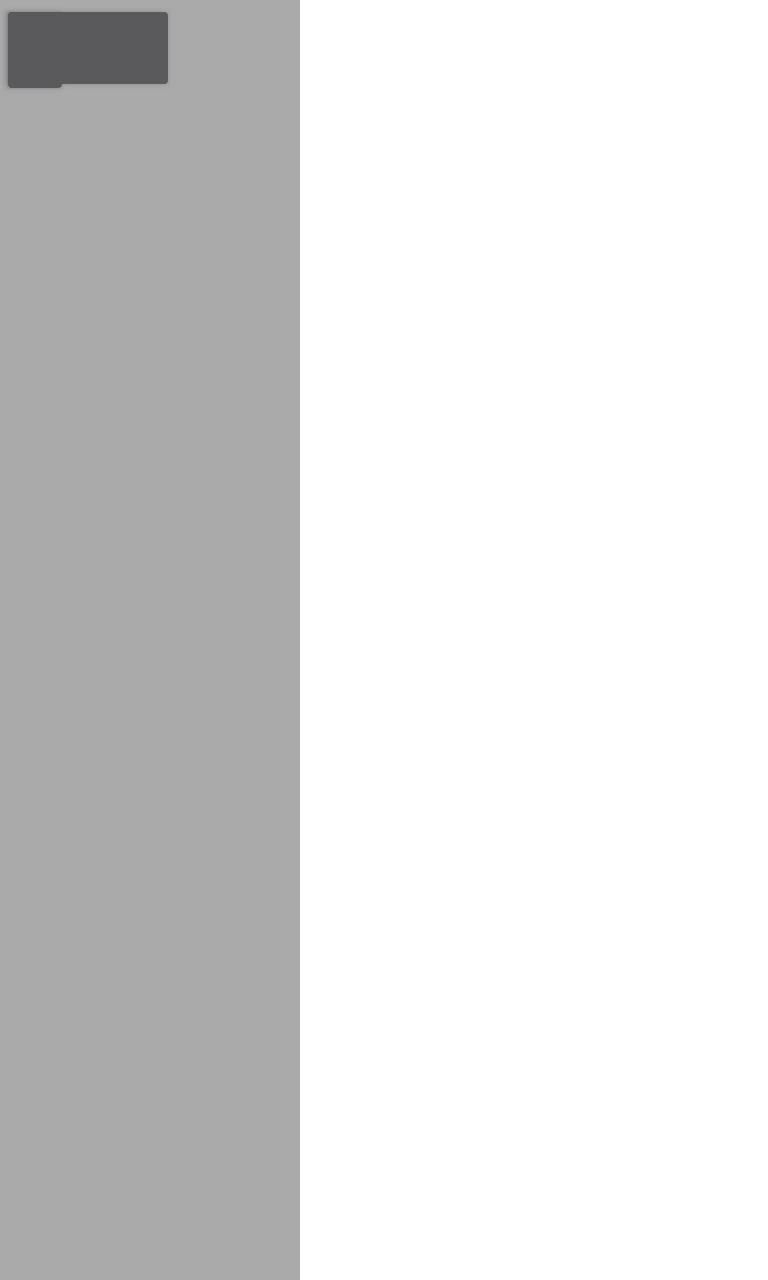
Repository: qfornaguera/AppQuelogy
Layout: AppQueology/res/layout/activity_main.xml
These files come from the project's save history. The layout is drawn as it stood at one moment and after the next save; the edit follows.
It is drawn on a 768 x 1280 px phone screen (xhdpi) without system bars, with theme Theme.AppCompat; the app's code is not run.

Above is the layout before, as saved 2014-05-27 18:15:54.

### AppQueology/res/layout/activity_main.xml
<RelativeLayout xmlns:android="http://schemas.android.com/apk/res/android"
    xmlns:tools="http://schemas.android.com/tools"
    android:id="@+id/activity_main"
    android:layout_width="match_parent"
    android:layout_height="match_parent"
    android:background="#000000"
    tools:context=".MainActivity" >


	<RelativeLayout
    android:id="@+id/graph"
    android:layout_width="match_parent"
    android:layout_height="match_parent"
    android:background="#ffffff"
    tools:context=".MainActivity" >

	</RelativeLayout>

   <!-- </!> <SlidingDrawer
        android:id="@+id/slidingDrawer"
        android:layout_width="150dp"
        android:layout_height="500dp"
        android:layout_alignParentLeft="true"
        android:layout_alignParentTop="true"
        android:content="@+id/content"
        android:handle="@+id/handle"
        android:orientation="horizontal"
        android:rotation="180" >

        <Button
            android:id="@+id/handle"
            android:layout_width="35dp"
            android:layout_height="50dp"
            android:rotation="180"
            android:text=">" />

	        <LinearLayout
	            android:id="@+id/content"
	            android:layout_width="match_parent"
	            android:layout_height="wrap_content"
	            android:background="#AAAAAA"
	            android:orientation="vertical"
	            android:rotation="180" >

	        </LinearLayout>

    </SlidingDrawer> -->


		    <LinearLayout
			            android:id="@+id/content"
			            android:layout_width="150dp"
		        		android:layout_height="2000dp"
			            android:background="#AAAAAA"
			            android:orientation="vertical" >

			 </LinearLayout>



    <Button
            android:id="@+id/handle"
            android:layout_width="35dp"
            android:layout_height="50dp"
            android:text=">" />

    <Button
        android:id="@+id/button1"
        android:layout_width="wrap_content"
        android:layout_height="wrap_content"
        android:text=" " >

	</Button>


</RelativeLayout>

After the next save:
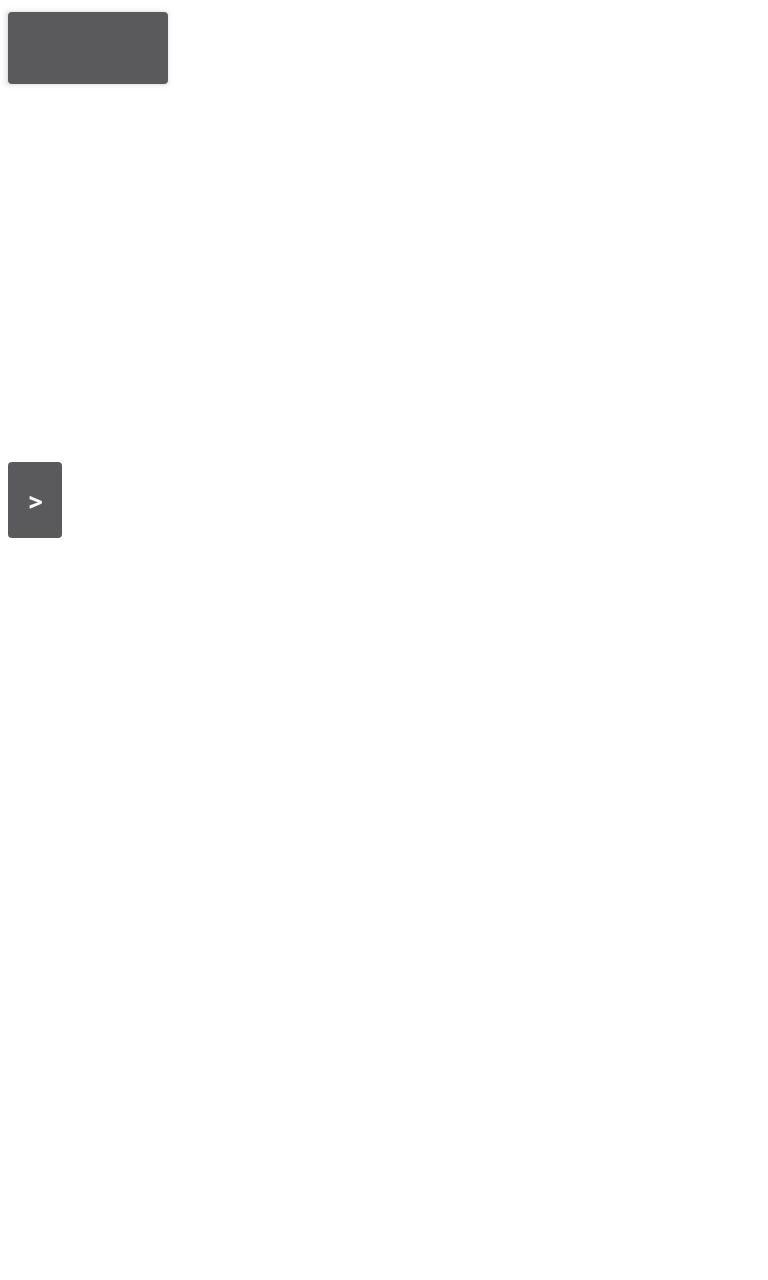
Saved 2 min 47 s later.
--- a/AppQueology/res/layout/activity_main.xml
+++ b/AppQueology/res/layout/activity_main.xml
@@ -16,7 +16,7 @@
 
 	</RelativeLayout>
 
-   <!-- </!> <SlidingDrawer
+   <SlidingDrawer
         android:id="@+id/slidingDrawer"
         android:layout_width="150dp"
         android:layout_height="500dp"
@@ -44,25 +44,7 @@
 
 	        </LinearLayout>
 
-    </SlidingDrawer> -->
-
-
-		    <LinearLayout
-			            android:id="@+id/content"
-			            android:layout_width="150dp"
-		        		android:layout_height="2000dp"
-			            android:background="#AAAAAA"
-			            android:orientation="vertical" >
-
-			 </LinearLayout>
-
-
-
-    <Button
-            android:id="@+id/handle"
-            android:layout_width="35dp"
-            android:layout_height="50dp"
-            android:text=">" />
+    </SlidingDrawer>
 
     <Button
         android:id="@+id/button1"

After the save that followed:
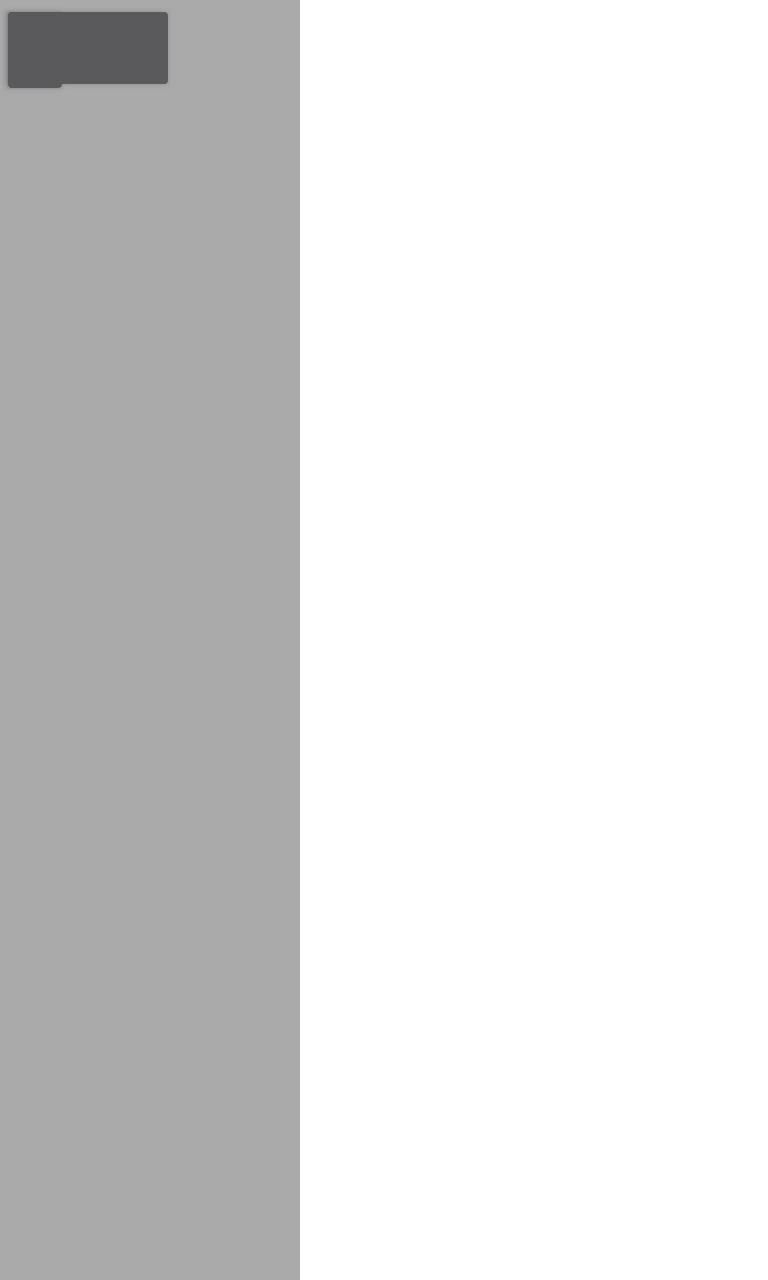
Saved 3 min 30 s later.
--- a/AppQueology/res/layout/activity_main.xml
+++ b/AppQueology/res/layout/activity_main.xml
@@ -16,7 +16,7 @@
 
 	</RelativeLayout>
 
-   <SlidingDrawer
+   <!--  </!><SlidingDrawer
         android:id="@+id/slidingDrawer"
         android:layout_width="150dp"
         android:layout_height="500dp"
@@ -44,7 +44,25 @@
 
 	        </LinearLayout>
 
-    </SlidingDrawer>
+    </SlidingDrawer> -->
+
+		    <LinearLayout
+			            android:id="@+id/content"
+			            android:layout_width="150dp"
+		        		android:layout_height="2000dp"
+			            android:background="#AAAAAA"
+			            android:orientation="vertical" >
+
+
+			 </LinearLayout>
+
+
+
+    <Button
+            android:id="@+id/handle"
+            android:layout_width="35dp"
+            android:layout_height="50dp"
+            android:text=">" />
 
     <Button
         android:id="@+id/button1"
